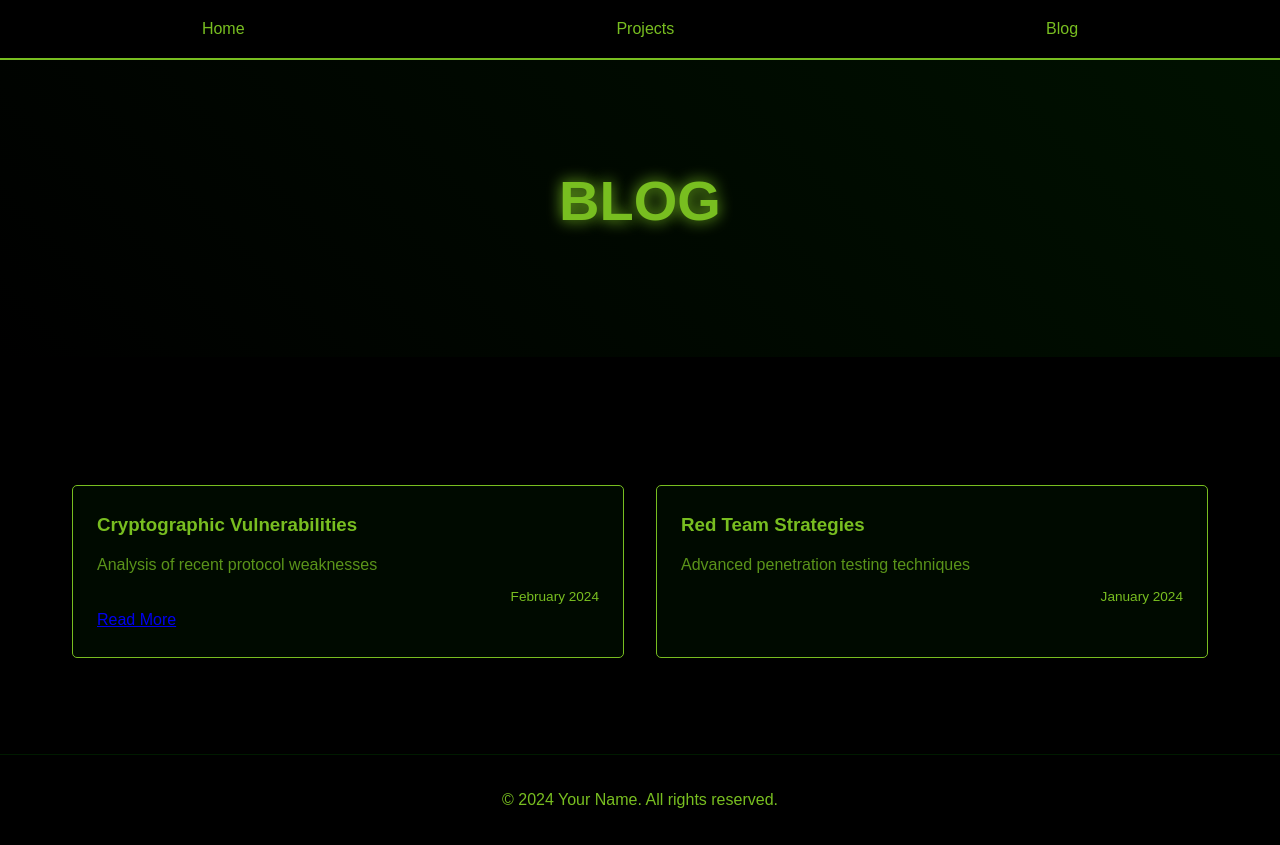
Repository: mohamedsoliman-tq/Website
Page: Blogs.html
An editor plug-in stored every save of this project. The page is shown before and after a run of saves, followed by the edit.
The browser window is 1280 px wide. The pictures show the whole page.

Above is the page before, as saved 2025-02-13 02:43:56.

After the next 2 saves:
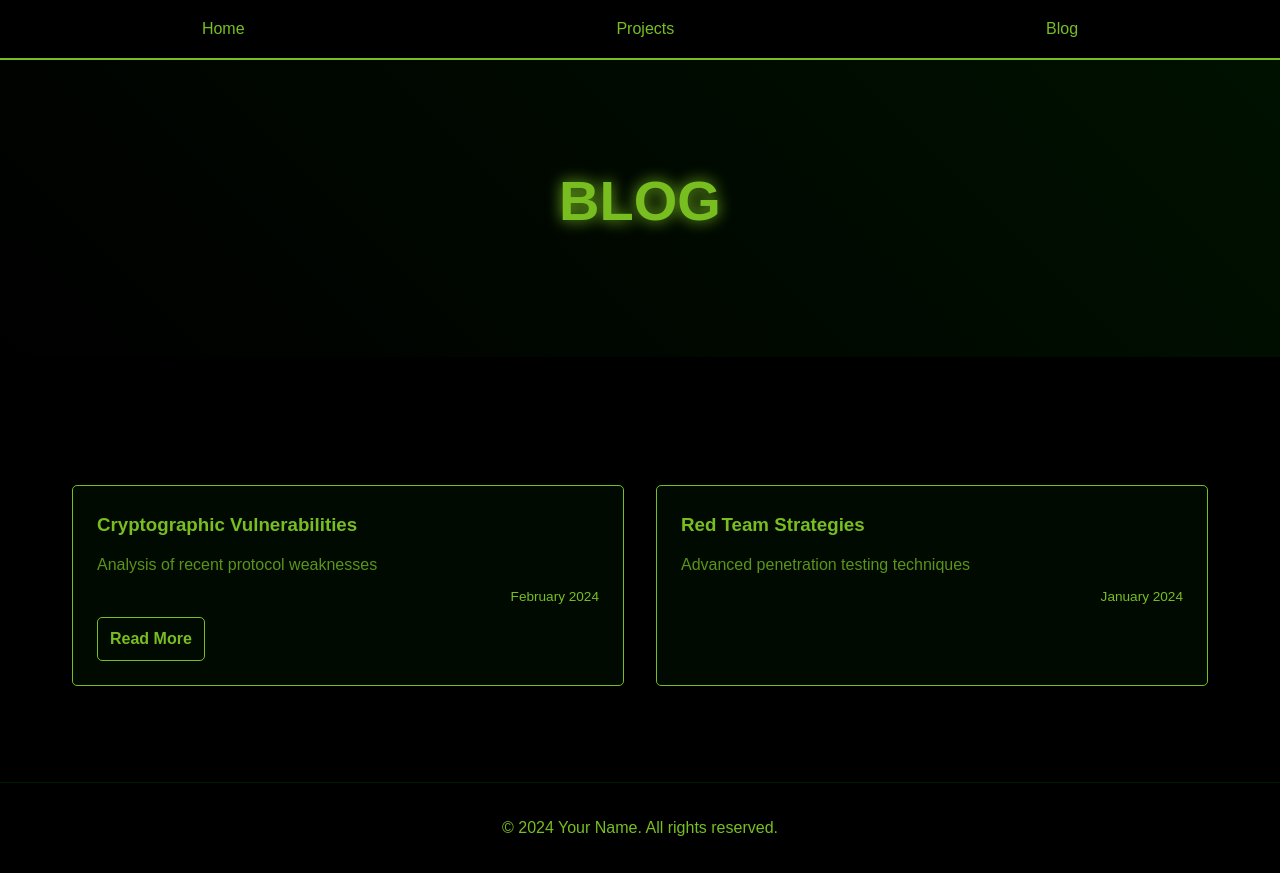
The 2 saves are shown as one change because they came seconds apart.
The last was saved 76 s later.
--- a/css/sections.css
+++ b/css/sections.css
@@ -83,6 +83,26 @@
     box-shadow: 0 0 15px var(--green-accent);
 }
 
+.read-more {
+    display: inline-block;
+    margin-top: 10px;
+    padding: 8px 12px;
+    font-size: 1rem;
+    font-weight: bold;
+    color: var(--green-accent);
+    text-decoration: none;
+    border: 1px solid var(--green-accent);
+    border-radius: 5px;
+    transition: all 0.3s ease;
+}
+
+.read-more:hover {
+    background-color: var(--green-accent);
+    color: var(--primary-black);
+    box-shadow: 0 0 10px var(--green-accent);
+}
+
+
 @media (max-width: 768px) {
     .projects, .blog-posts, .contact-grid {
         grid-template-columns: 1fr;
